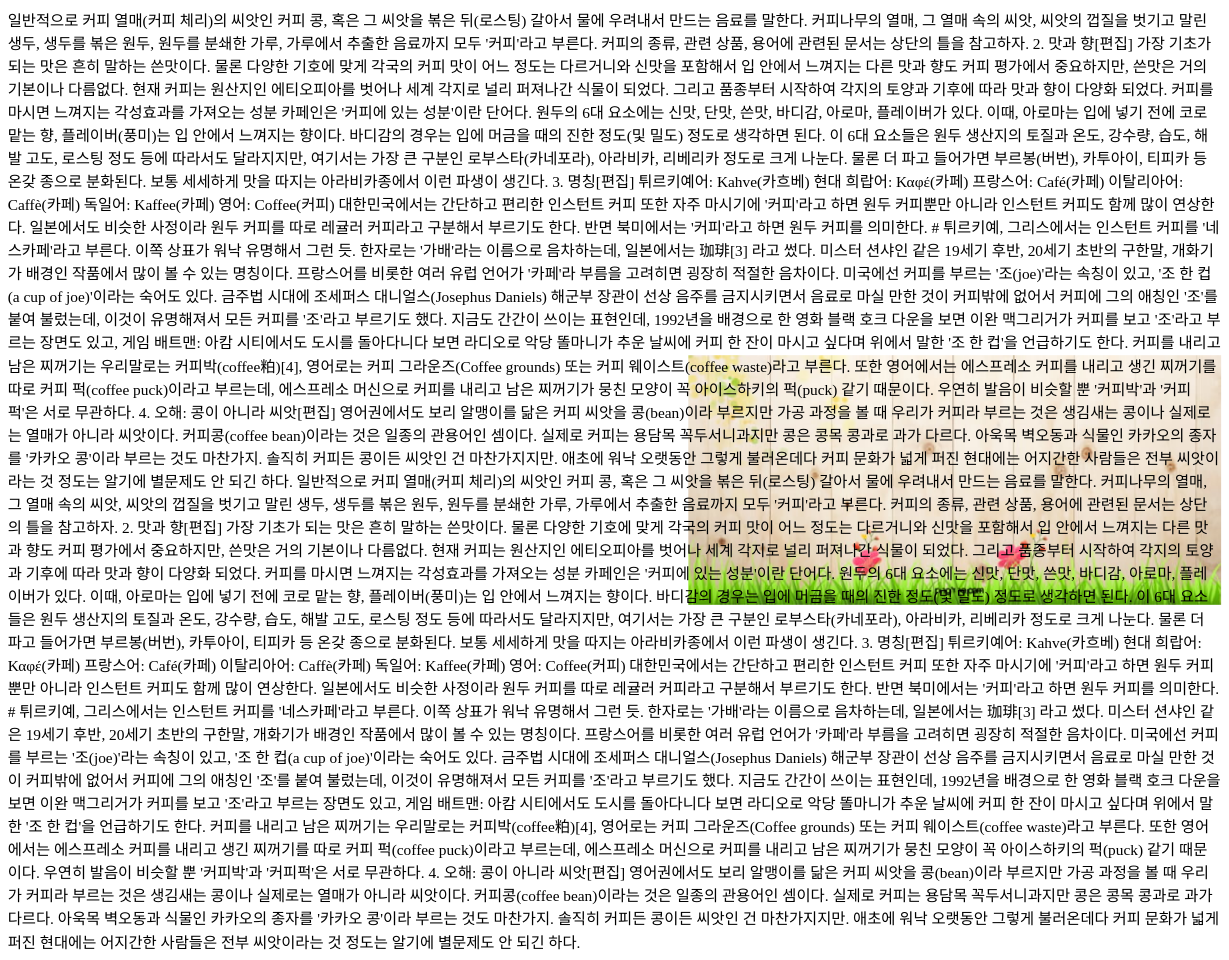
Repository: solsol7/ddit-html
Page: webpro/WebContent/0629/백그라운드이미지.html
These files come from the project's save history. The page is drawn as it stood at one moment and after the next save; the edit follows.
The browser window is 1280 px wide. The pictures show the whole page, at 96% of full size.

Above is the page before, as saved 2023-06-29 05:31:52.

### webpro/WebContent/0629/백그라운드이미지.html
<!DOCTYPE html>
<html>
<head>
<meta charset="UTF-8">
<title>Insert title here</title>
<style>
div{
  background-image : url(../images/배경2.jpg);
  background-repeat : no-repeat;
  background-position: center right;
}
</style>
</head>
<body>
<div>
일반적으로 커피 열매(커피 체리)의 씨앗인 커피 콩, 혹은 그 씨앗을 볶은 뒤(로스팅) 갈아서 물에 우려내서 만드는 음료를 말한다. 커피나무의 열매, 그 열매 속의 씨앗, 씨앗의 껍질을 벗기고 말린 생두, 생두를 볶은 원두, 원두를 분쇄한 가루, 가루에서 추출한 음료까지 모두 '커피'라고 부른다.

커피의 종류, 관련 상품, 용어에 관련된 문서는 상단의 틀을 참고하자.
2. 맛과 향[편집]
가장 기초가 되는 맛은 흔히 말하는 쓴맛이다. 물론 다양한 기호에 맞게 각국의 커피 맛이 어느 정도는 다르거니와 신맛을 포함해서 입 안에서 느껴지는 다른 맛과 향도 커피 평가에서 중요하지만, 쓴맛은 거의 기본이나 다름없다.

현재 커피는 원산지인 에티오피아를 벗어나 세계 각지로 널리 퍼져나간 식물이 되었다. 그리고 품종부터 시작하여 각지의 토양과 기후에 따라 맛과 향이 다양화 되었다.

커피를 마시면 느껴지는 각성효과를 가져오는 성분 카페인은 '커피에 있는 성분'이란 단어다.

원두의 6대 요소에는 신맛, 단맛, 쓴맛, 바디감, 아로마, 플레이버가 있다. 이때, 아로마는 입에 넣기 전에 코로 맡는 향, 플레이버(풍미)는 입 안에서 느껴지는 향이다. 바디감의 경우는 입에 머금을 때의 진한 정도(및 밀도) 정도로 생각하면 된다.

이 6대 요소들은 원두 생산지의 토질과 온도, 강수량, 습도, 해발 고도, 로스팅 정도 등에 따라서도 달라지지만, 여기서는 가장 큰 구분인 로부스타(카네포라), 아라비카, 리베리카 정도로 크게 나눈다. 물론 더 파고 들어가면 부르봉(버번), 카투아이, 티피카 등 온갖 종으로 분화된다. 보통 세세하게 맛을 따지는 아라비카종에서 이런 파생이 생긴다.
3. 명칭[편집]
튀르키예어: Kahve(카흐베)
현대 희랍어: Καφέ(카페)
프랑스어: Café(카페)
이탈리아어: Caffè(카페)
독일어: Kaffee(카페)
영어: Coffee(커피)

대한민국에서는 간단하고 편리한 인스턴트 커피 또한 자주 마시기에 '커피'라고 하면 원두 커피뿐만 아니라 인스턴트 커피도 함께 많이 연상한다. 일본에서도 비슷한 사정이라 원두 커피를 따로 레귤러 커피라고 구분해서 부르기도 한다. 반면 북미에서는 '커피'라고 하면 원두 커피를 의미한다. # 튀르키예, 그리스에서는 인스턴트 커피를 '네스카페'라고 부른다. 이쪽 상표가 워낙 유명해서 그런 듯.

한자로는 '가배'라는 이름으로 음차하는데, 일본에서는 珈琲[3] 라고 썼다. 미스터 션샤인 같은 19세기 후반, 20세기 초반의 구한말, 개화기가 배경인 작품에서 많이 볼 수 있는 명칭이다. 프랑스어를 비롯한 여러 유럽 언어가 '카페'라 부름을 고려히면 굉장히 적절한 음차이다.

미국에선 커피를 부르는 '조(joe)'라는 속칭이 있고, '조 한 컵(a cup of joe)'이라는 숙어도 있다. 금주법 시대에 조세퍼스 대니얼스(Josephus Daniels) 해군부 장관이 선상 음주를 금지시키면서 음료로 마실 만한 것이 커피밖에 없어서 커피에 그의 애칭인 '조'를 붙여 불렀는데, 이것이 유명해져서 모든 커피를 '조'라고 부르기도 했다. 지금도 간간이 쓰이는 표현인데, 1992년을 배경으로 한 영화 블랙 호크 다운을 보면 이완 맥그리거가 커피를 보고 '조'라고 부르는 장면도 있고, 게임 배트맨: 아캄 시티에서도 도시를 돌아다니다 보면 라디오로 악당 똘마니가 추운 날씨에 커피 한 잔이 마시고 싶다며 위에서 말한 '조 한 컵'을 언급하기도 한다.

커피를 내리고 남은 찌꺼기는 우리말로는 커피박(coffee粕)[4], 영어로는 커피 그라운즈(Coffee grounds) 또는 커피 웨이스트(coffee waste)라고 부른다. 또한 영어에서는 에스프레소 커피를 내리고 생긴 찌꺼기를 따로 커피 퍽(coffee puck)이라고 부르는데, 에스프레소 머신으로 커피를 내리고 남은 찌꺼기가 뭉친 모양이 꼭 아이스하키의 퍽(puck) 같기 때문이다. 우연히 발음이 비슷할 뿐 '커피박'과 '커피퍽'은 서로 무관하다.
4. 오해: 콩이 아니라 씨앗[편집]
영어권에서도 보리 알맹이를 닮은 커피 씨앗을 콩(bean)이라 부르지만 가공 과정을 볼 때 우리가 커피라 부르는 것은 생김새는 콩이나 실제로는 열매가 아니라 씨앗이다. 커피콩(coffee bean)이라는 것은 일종의 관용어인 셈이다. 실제로 커피는 용담목 꼭두서니과지만 콩은 콩목 콩과로 과가 다르다. 아욱목 벽오동과 식물인 카카오의 종자를 '카카오 콩'이라 부르는 것도 마찬가지. 솔직히 커피든 콩이든 씨앗인 건 마찬가지지만. 애초에 워낙 오랫동안 그렇게 불러온데다 커피 문화가 넓게 퍼진 현대에는 어지간한 사람들은 전부 씨앗이라는 것 정도는 알기에 별문제도 안 되긴 하다.
일반적으로 커피 열매(커피 체리)의 씨앗인 커피 콩, 혹은 그 씨앗을 볶은 뒤(로스팅) 갈아서 물에 우려내서 만드는 음료를 말한다. 커피나무의 열매, 그 열매 속의 씨앗, 씨앗의 껍질을 벗기고 말린 생두, 생두를 볶은 원두, 원두를 분쇄한 가루, 가루에서 추출한 음료까지 모두 '커피'라고 부른다.

커피의 종류, 관련 상품, 용어에 관련된 문서는 상단의 틀을 참고하자.
2. 맛과 향[편집]
가장 기초가 되는 맛은 흔히 말하는 쓴맛이다. 물론 다양한 기호에 맞게 각국의 커피 맛이 어느 정도는 다르거니와 신맛을 포함해서 입 안에서 느껴지는 다른 맛과 향도 커피 평가에서 중요하지만, 쓴맛은 거의 기본이나 다름없다.

현재 커피는 원산지인 에티오피아를 벗어나 세계 각지로 널리 퍼져나간 식물이 되었다. 그리고 품종부터 시작하여 각지의 토양과 기후에 따라 맛과 향이 다양화 되었다.

커피를 마시면 느껴지는 각성효과를 가져오는 성분 카페인은 '커피에 있는 성분'이란 단어다.

원두의 6대 요소에는 신맛, 단맛, 쓴맛, 바디감, 아로마, 플레이버가 있다. 이때, 아로마는 입에 넣기 전에 코로 맡는 향, 플레이버(풍미)는 입 안에서 느껴지는 향이다. 바디감의 경우는 입에 머금을 때의 진한 정도(및 밀도) 정도로 생각하면 된다.

이 6대 요소들은 원두 생산지의 토질과 온도, 강수량, 습도, 해발 고도, 로스팅 정도 등에 따라서도 달라지지만, 여기서는 가장 큰 구분인 로부스타(카네포라), 아라비카, 리베리카 정도로 크게 나눈다. 물론 더 파고 들어가면 부르봉(버번), 카투아이, 티피카 등 온갖 종으로 분화된다. 보통 세세하게 맛을 따지는 아라비카종에서 이런 파생이 생긴다.
3. 명칭[편집]
튀르키예어: Kahve(카흐베)
현대 희랍어: Καφέ(카페)
프랑스어: Café(카페)
이탈리아어: Caffè(카페)
독일어: Kaffee(카페)
영어: Coffee(커피)

대한민국에서는 간단하고 편리한 인스턴트 커피 또한 자주 마시기에 '커피'라고 하면 원두 커피뿐만 아니라 인스턴트 커피도 함께 많이 연상한다. 일본에서도 비슷한 사정이라 원두 커피를 따로 레귤러 커피라고 구분해서 부르기도 한다. 반면 북미에서는 '커피'라고 하면 원두 커피를 의미한다. # 튀르키예, 그리스에서는 인스턴트 커피를 '네스카페'라고 부른다. 이쪽 상표가 워낙 유명해서 그런 듯.

한자로는 '가배'라는 이름으로 음차하는데, 일본에서는 珈琲[3] 라고 썼다. 미스터 션샤인 같은 19세기 후반, 20세기 초반의 구한말, 개화기가 배경인 작품에서 많이 볼 수 있는 명칭이다. 프랑스어를 비롯한 여러 유럽 언어가 '카페'라 부름을 고려히면 굉장히 적절한 음차이다.

미국에선 커피를 부르는 '조(joe)'라는 속칭이 있고, '조 한 컵(a cup of joe)'이라는 숙어도 있다. 금주법 시대에 조세퍼스 대니얼스(Josephus Daniels) 해군부 장관이 선상 음주를 금지시키면서 음료로 마실 만한 것이 커피밖에 없어서 커피에 그의 애칭인 '조'를 붙여 불렀는데, 이것이 유명해져서 모든 커피를 '조'라고 부르기도 했다. 지금도 간간이 쓰이는 표현인데, 1992년을 배경으로 한 영화 블랙 호크 다운을 보면 이완 맥그리거가 커피를 보고 '조'라고 부르는 장면도 있고, 게임 배트맨: 아캄 시티에서도 도시를 돌아다니다 보면 라디오로 악당 똘마니가 추운 날씨에 커피 한 잔이 마시고 싶다며 위에서 말한 '조 한 컵'을 언급하기도 한다.

커피를 내리고 남은 찌꺼기는 우리말로는 커피박(coffee粕)[4], 영어로는 커피 그라운즈(Coffee grounds) 또는 커피 웨이스트(coffee waste)라고 부른다. 또한 영어에서는 에스프레소 커피를 내리고 생긴 찌꺼기를 따로 커피 퍽(coffee puck)이라고 부르는데, 에스프레소 머신으로 커피를 내리고 남은 찌꺼기가 뭉친 모양이 꼭 아이스하키의 퍽(puck) 같기 때문이다. 우연히 발음이 비슷할 뿐 '커피박'과 '커피퍽'은 서로 무관하다.
4. 오해: 콩이 아니라 씨앗[편집]
영어권에서도 보리 알맹이를 닮은 커피 씨앗을 콩(bean)이라 부르지만 가공 과정을 볼 때 우리가 커피라 부르는 것은 생김새는 콩이나 실제로는 열매가 아니라 씨앗이다. 커피콩(coffee bean)이라는 것은 일종의 관용어인 셈이다. 실제로 커피는 용담목 꼭두서니과지만 콩은 콩목 콩과로 과가 다르다. 아욱목 벽오동과 식물인 카카오의 종자를 '카카오 콩'이라 부르는 것도 마찬가지. 솔직히 커피든 콩이든 씨앗인 건 마찬가지지만. 애초에 워낙 오랫동안 그렇게 불러온데다 커피 문화가 넓게 퍼진 현대에는 어지간한 사람들은 전부 씨앗이라는 것 정도는 알기에 별문제도 안 되긴 하다.
</div>
</body>
</html>

After the next save:
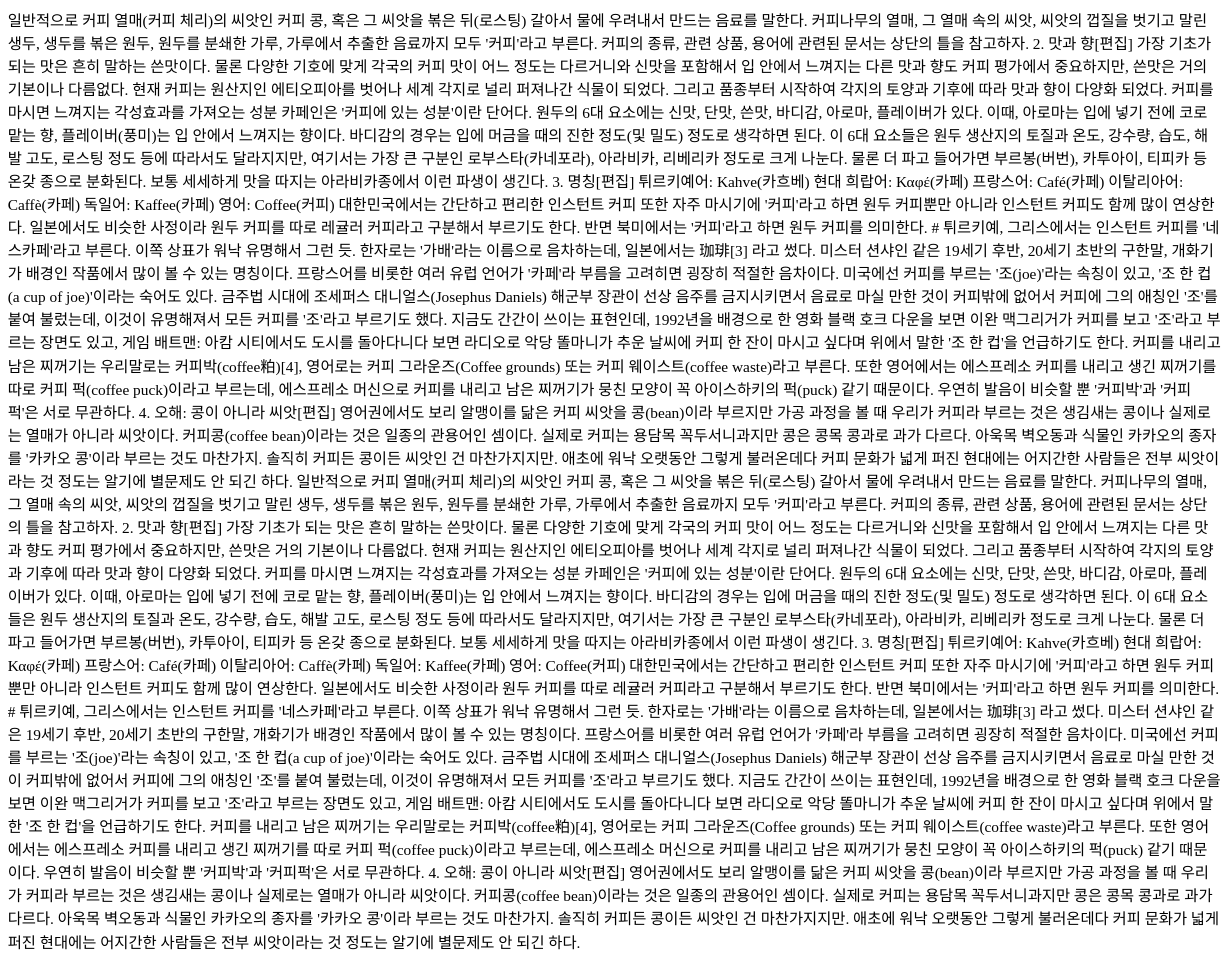
Not found: webpro/WebContent/images/cloud3.jpg
Saved 99 s later.
--- a/webpro/WebContent/0629/백그라운드이미지.html
+++ b/webpro/WebContent/0629/백그라운드이미지.html
@@ -5,7 +5,7 @@
 <title>Insert title here</title>
 <style>
 div{
-  background-image : url(../images/배경2.jpg);
+  background-image : url(../images/cloud3.jpg);
   background-repeat : no-repeat;
   background-position: center right;
 }

After the save that followed:
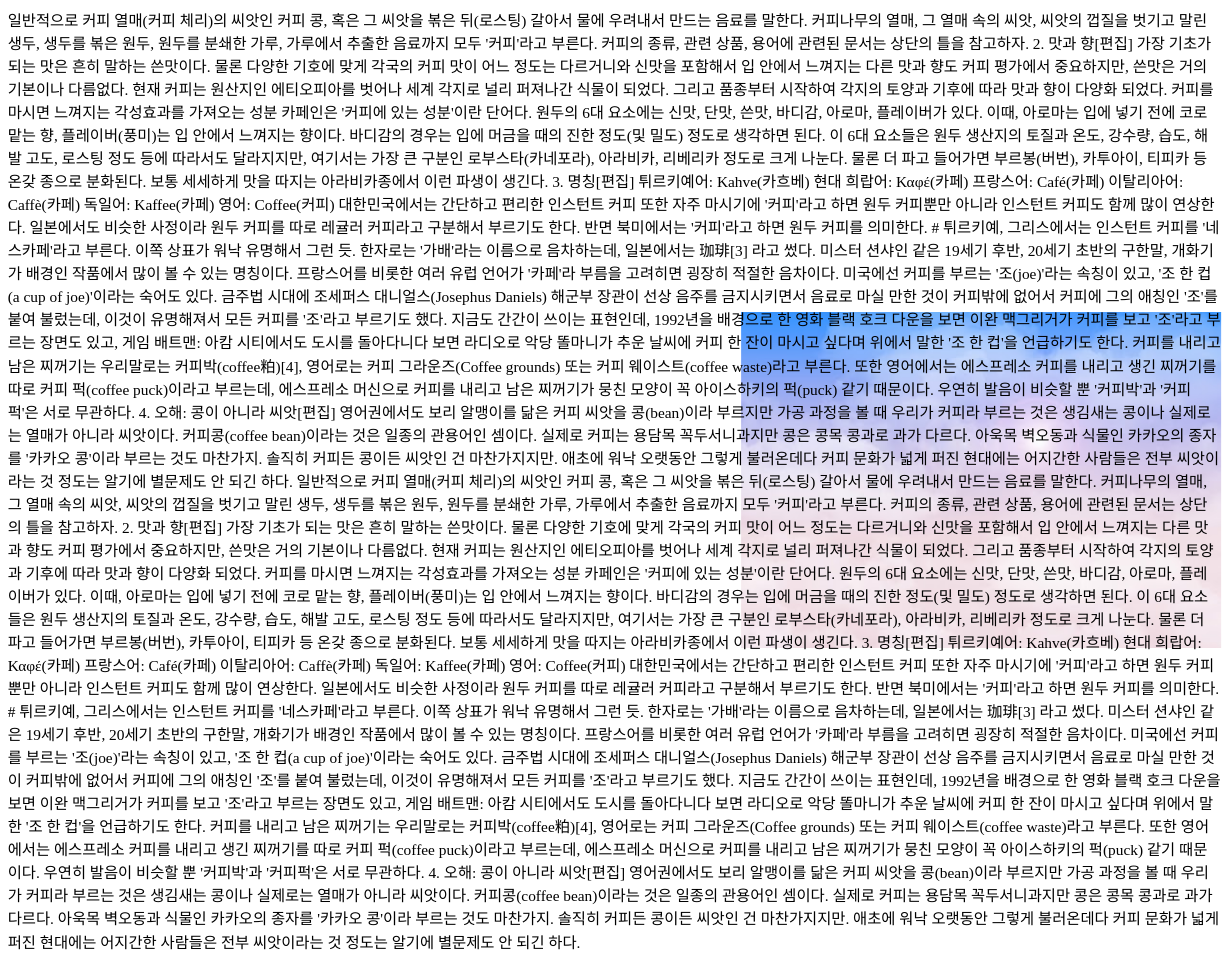
Saved 13 s later.
--- a/webpro/WebContent/0629/백그라운드이미지.html
+++ b/webpro/WebContent/0629/백그라운드이미지.html
@@ -5,7 +5,7 @@
 <title>Insert title here</title>
 <style>
 div{
-  background-image : url(../images/cloud3.jpg);
+  background-image : url(../images/cloud03.jpg);
   background-repeat : no-repeat;
   background-position: center right;
 }
